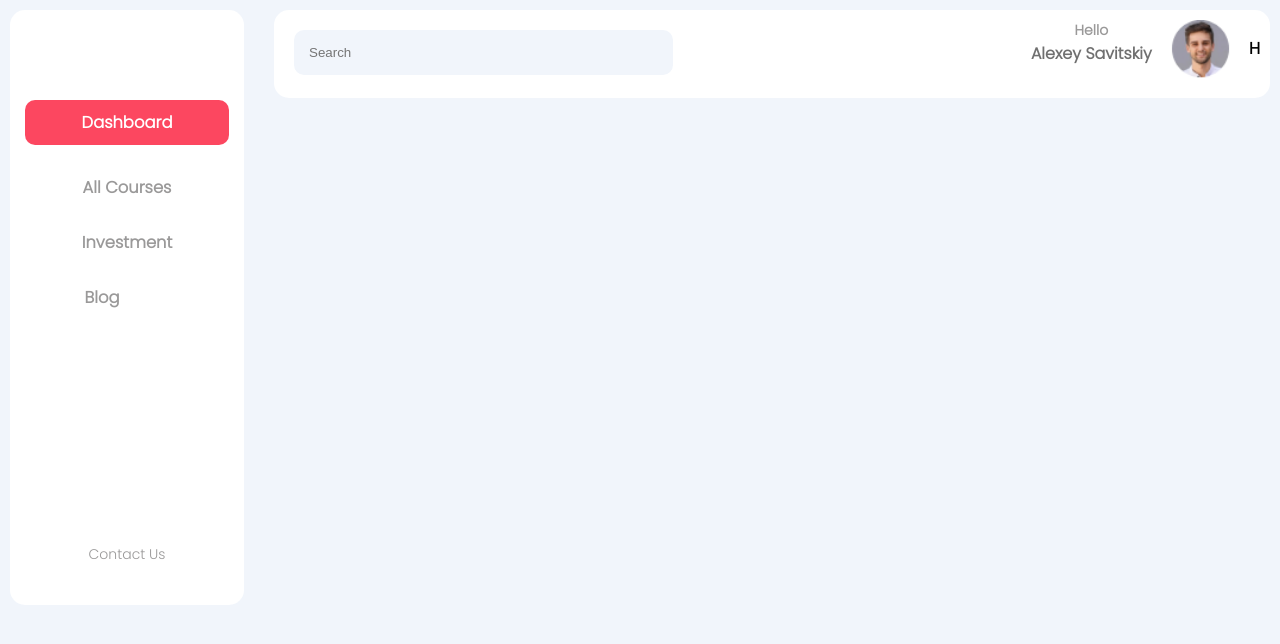
Repository: Anuruddha00/dashboard-design
Page: /
The author's editor kept a copy of each file at every save. The page is drawn from the files as they stood at one save, then again after the next save.
The browser window is 1280 px wide. The pictures show the whole page.
The project was rebuilt for these pictures with package versions that can differ from the ones it lists, and the page was loaded fresh each time.

Above is the page before, as saved 2021-05-07 01:26:05.

After the next save:
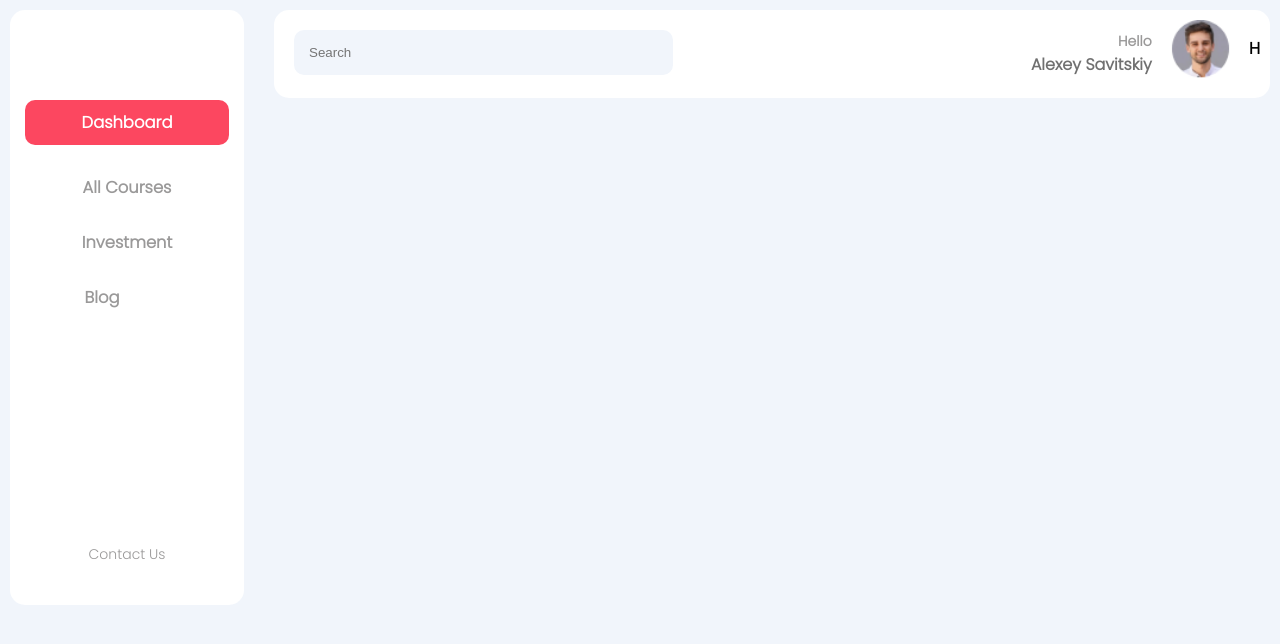
Saved 20 s later.
--- a/src/containers/Dashboard/Dashboard.scss
+++ b/src/containers/Dashboard/Dashboard.scss
@@ -103,7 +103,7 @@ body{
 
                         &Name{
                             text-align: end;
-                            text-align: center;
+                            align-content: center;
 
                             h3{
                                 color: #9a9999;
